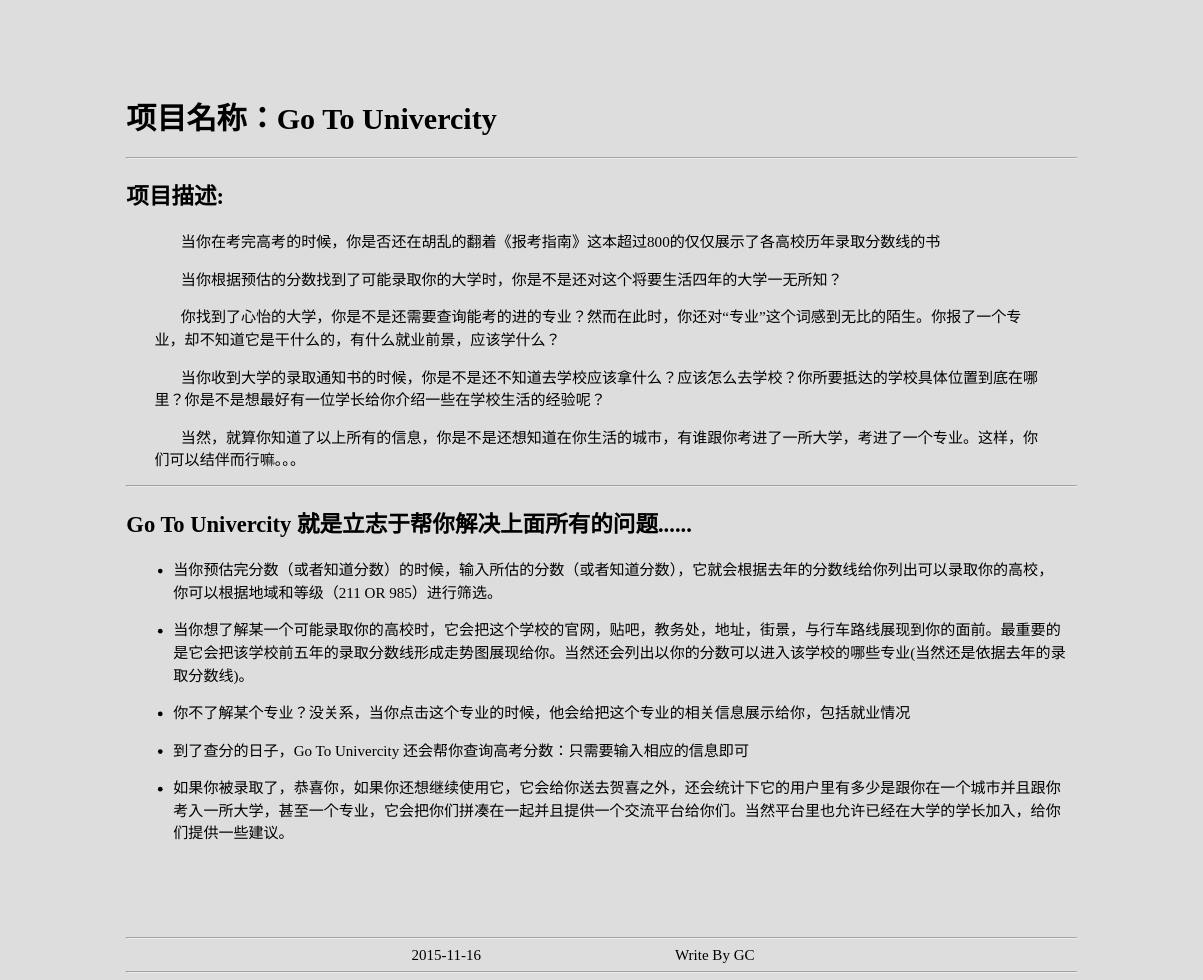
Repository: SUT-GC/GoToUnivercity
Page: http://localhost/GoToUniversity/ideasource/idea.jsp
An editor plug-in stored every save of this project. The page is shown before and after the next save, followed by the edit.
The browser window is 1280 px wide. The pictures show the whole page, at 94% of full size.
The page is served by Tomcat 9.

Above is the page before, as saved 2015-11-16 13:34:41.

### GoToUniversity/WebContent/ideasource/idea.jsp
<%@ page language="java" contentType="text/html; charset=UTF-8"
    pageEncoding="UTF-8"%>
<!DOCTYPE html PUBLIC "-//W3C//DTD HTML 4.01 Transitional//EN" "http://www.w3.org/TR/html4/loose.dtd">
<html>
<head>
<meta http-equiv="Content-Type" content="text/html; charset=UTF-8">
<title>Idea Source</title>
<!--java 绝对地址 start  -->
<%
	String urlp = application.getContextPath()+"/ideasource/";
%>
<link href="<%=urlp%>css/idea.css" rel="stylesheet" type="text/css"/>
</head>
<body>
	<div class="content">
		<div class="content_head">
			<h1>项目名称：Go To Univercity</h1>
		</div>
		<hr/>
		<div class="content_body">
			<div class="content_body_description">
				<h2>项目描述:</h2>
					<p>&nbsp&nbsp&nbsp&nbsp&nbsp&nbsp  当你在考完高考的时候，你是否还在胡乱的翻着《报考指南》这本超过800的仅仅展示了各高校历年录取分数线的书</p>
					<p>&nbsp&nbsp&nbsp&nbsp&nbsp&nbsp  当你根据预估的分数找到了可能录取你的大学时，你是不是还对这个将要生活四年的大学一无所知？</p>
					<p>&nbsp&nbsp&nbsp&nbsp&nbsp&nbsp  你找到了心怡的大学，你是不是还需要查询能考的进的专业？然而在此时，你还对“专业”这个词感到无比的陌生。你报了一个专业，却不知道它是干什么的，有什么就业前景，应该学什么？</p>
					<p>&nbsp&nbsp&nbsp&nbsp&nbsp&nbsp  当你收到大学的录取通知书的时候，你是不是还不知道去学校应该拿什么？应该怎么去学校？你所要抵达的学校具体位置到底在哪里？你是不是想最好有一位学长给你介绍一些在学校生活的经验呢？</p>
					<p>&nbsp&nbsp&nbsp&nbsp&nbsp&nbsp  当然，就算你知道了以上所有的信息，你是不是还想知道在你生活的城市，有谁跟你考进了一所大学，考进了一个专业。这样，你们可以结伴而行嘛。。。</p>
			</div>
			<hr/>
			<div class="content_body_content">
				<h2>Go To Univercity 就是立志于帮你解决上面所有的问题......</h2>
				<div class="content_body_content_ui">
					<ul>
						<li><p>当你预估完分数（或者知道分数）的时候，输入所估的分数（或者知道分数），它就会根据去年的分数线给你列出可以录取你的高校，你可以根据地域和等级（211 OR 985）进行筛选。</p></li>
						<li><p>当你想了解某一个可能录取你的高校时，它会把这个学校的官网，贴吧，教务处，地址，街景，与行车路线展现到你的面前。最重要的是它会把该学校前五年的录取分数线形成走势图展现给你。当然还会列出以你的分数可以进入该学校的哪些专业(当然还是依据去年的录取分数线)。</p></li>
						<li><p>你不了解某个专业？没关系，当你点击这个专业的时候，他会给把这个专业的相关信息展示给你，包括就业情况</p></li>
						<li><p>到了查分的日子，Go To Univercity 还会帮你查询高考分数：只需要输入相应的信息即可</p></li>
						<li><p>如果你被录取了，恭喜你，如果你还想继续使用它，它会给你送去贺喜之外，还会统计下它的用户里有多少是跟你在一个城市并且跟你考入一所大学，甚至一个专业，它会把你们拼凑在一起并且提供一个交流平台给你们。当然平台里也允许已经在大学的学长加入，给你们提供一些建议。</p></li>
					</ul>
				</div>
			</div>
			<div class="content_tail">

			</div>
		</div>
		<hr/>
		<div class="tail">
			<span class="tail_date">2015-11-16</span>          <span class="tail_writer">Write By GC</span>
		</div>
		<hr/>
	</div>
	</body>
</html>

### GoToUniversity/WebContent/ideasource/css/idea.css
@CHARSET "UTF-8";
body{
	background-color: #DDDDDD;
}
.content{
	width: 80%;
	margin-left: 10%;
	margin-top: 100px;
}
.content_head{

}
.content_body_description > p{
	margin-left: 30px;
	margin-right: 30px;
}
.content_body_content_ui{
	margin-left: 10px;
	margin-right: 10px;
}
.content_tail{
	margin-bottom: 100px;
}
.tail_date{
	margin-left: 30%;
}
.tail_writer{
	margin-left: 20%;
}

After the next save:
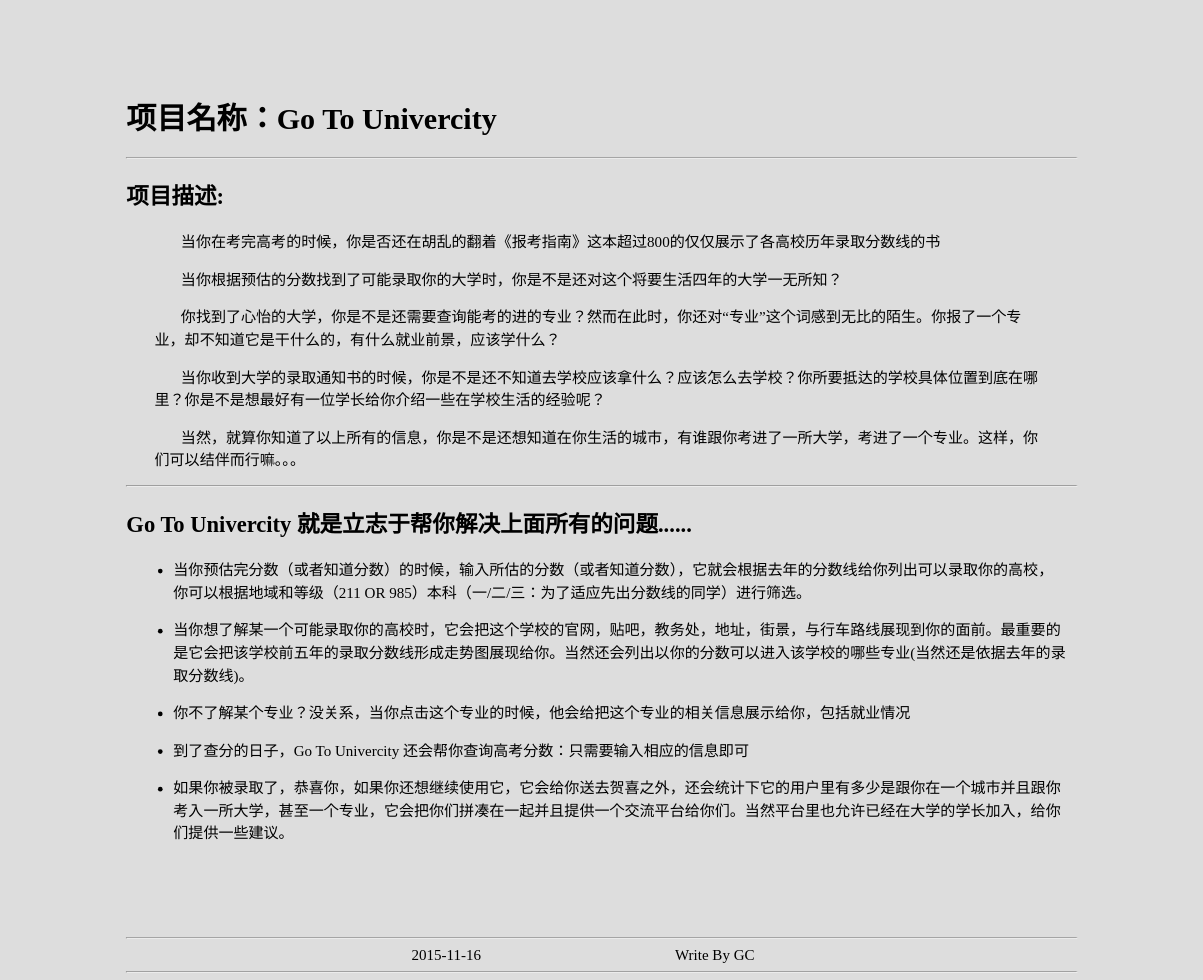
Saved 16 min 37 s later.
--- a/GoToUniversity/WebContent/ideasource/idea.jsp
+++ b/GoToUniversity/WebContent/ideasource/idea.jsp
@@ -31,7 +31,7 @@
 				<h2>Go To Univercity 就是立志于帮你解决上面所有的问题......</h2>
 				<div class="content_body_content_ui">
 					<ul>
-						<li><p>当你预估完分数（或者知道分数）的时候，输入所估的分数（或者知道分数），它就会根据去年的分数线给你列出可以录取你的高校，你可以根据地域和等级（211 OR 985）进行筛选。</p></li>
+						<li><p>当你预估完分数（或者知道分数）的时候，输入所估的分数（或者知道分数），它就会根据去年的分数线给你列出可以录取你的高校，你可以根据地域和等级（211 OR 985）本科（一/二/三：为了适应先出分数线的同学）进行筛选。</p></li>
 						<li><p>当你想了解某一个可能录取你的高校时，它会把这个学校的官网，贴吧，教务处，地址，街景，与行车路线展现到你的面前。最重要的是它会把该学校前五年的录取分数线形成走势图展现给你。当然还会列出以你的分数可以进入该学校的哪些专业(当然还是依据去年的录取分数线)。</p></li>
 						<li><p>你不了解某个专业？没关系，当你点击这个专业的时候，他会给把这个专业的相关信息展示给你，包括就业情况</p></li>
 						<li><p>到了查分的日子，Go To Univercity 还会帮你查询高考分数：只需要输入相应的信息即可</p></li>
